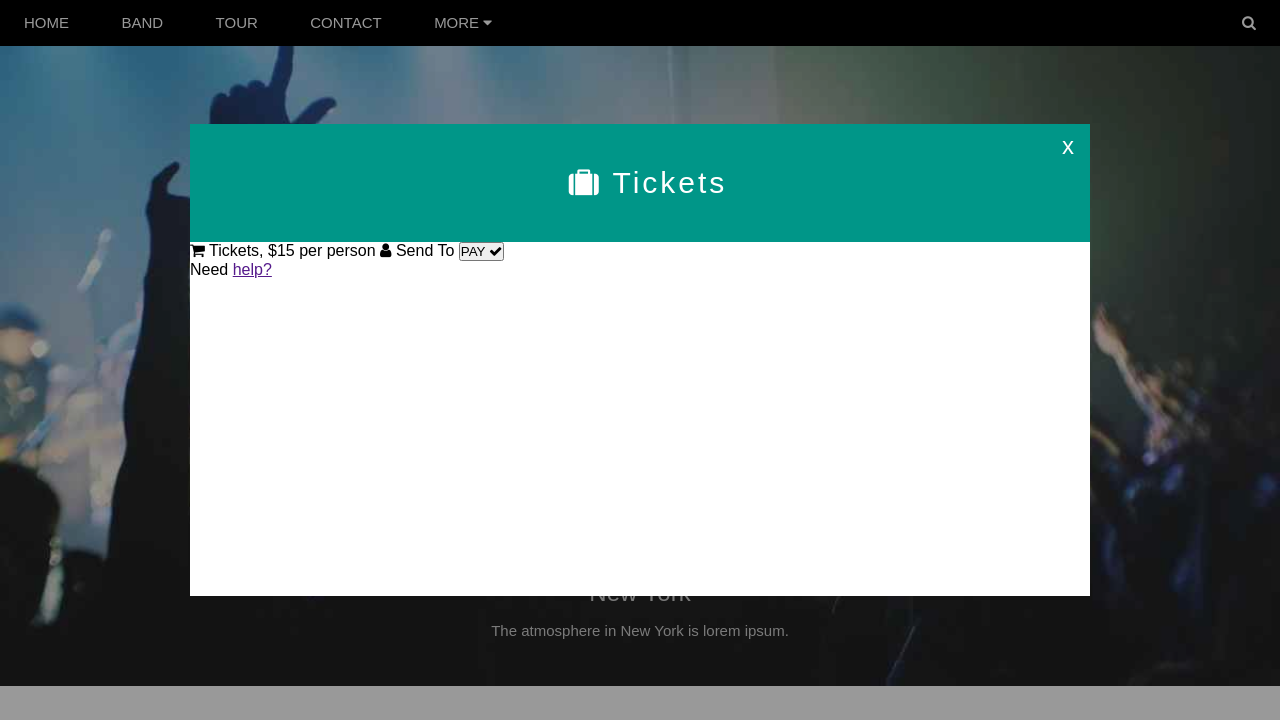
Repository: nguyenhoang2002062929/band
Page: index.html
The author's editor kept a copy of each file at every save. The page is drawn from the files as they stood at one save, then again after the next save.
The browser window is 1280 px wide. The pictures show the window.
A layer covers the whole window, so only the first screen is drawn.

Above is the page before, as saved 2023-06-06 10:40:38.

After the next save:
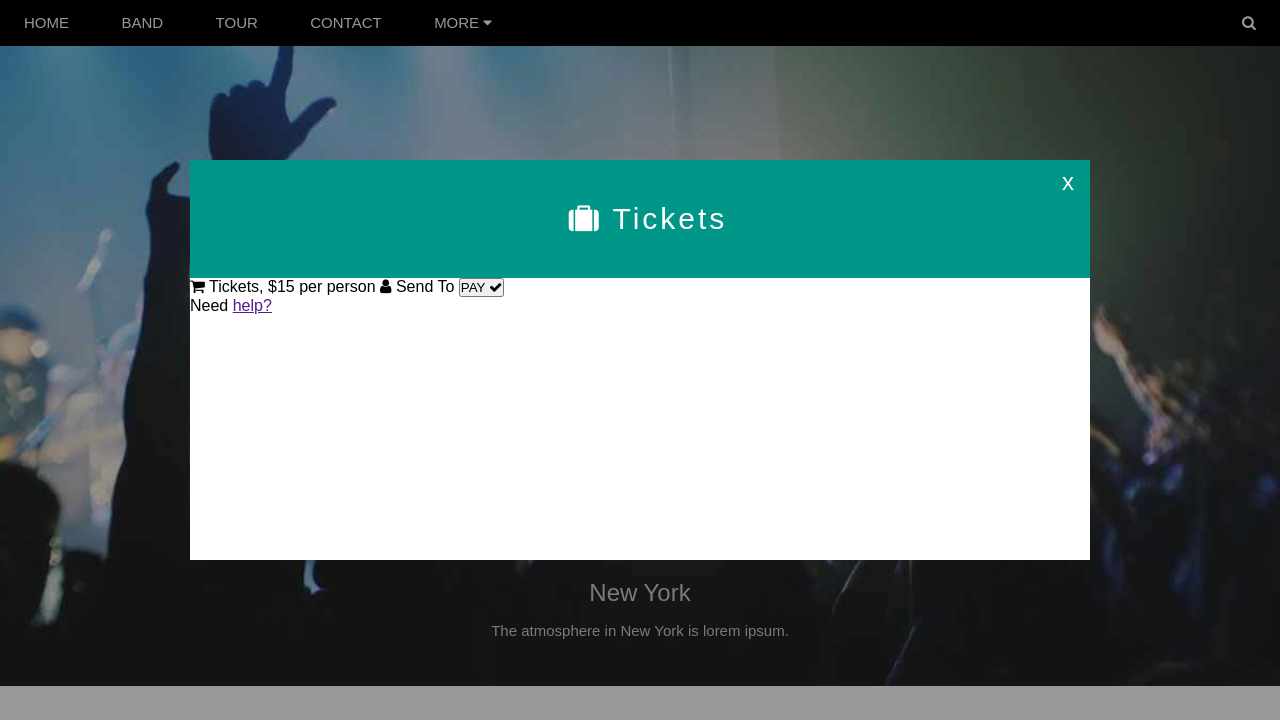
Saved 37 s later.
--- a/assets/css/style.css
+++ b/assets/css/style.css
@@ -247,7 +247,7 @@ cursor: pointer;
 .modal-content{
     position: absolute;
     width: 900px;
-    min-height: 472px;
+    min-height: 400px;
     background-color: #fff;
 }
 .modal-header{
